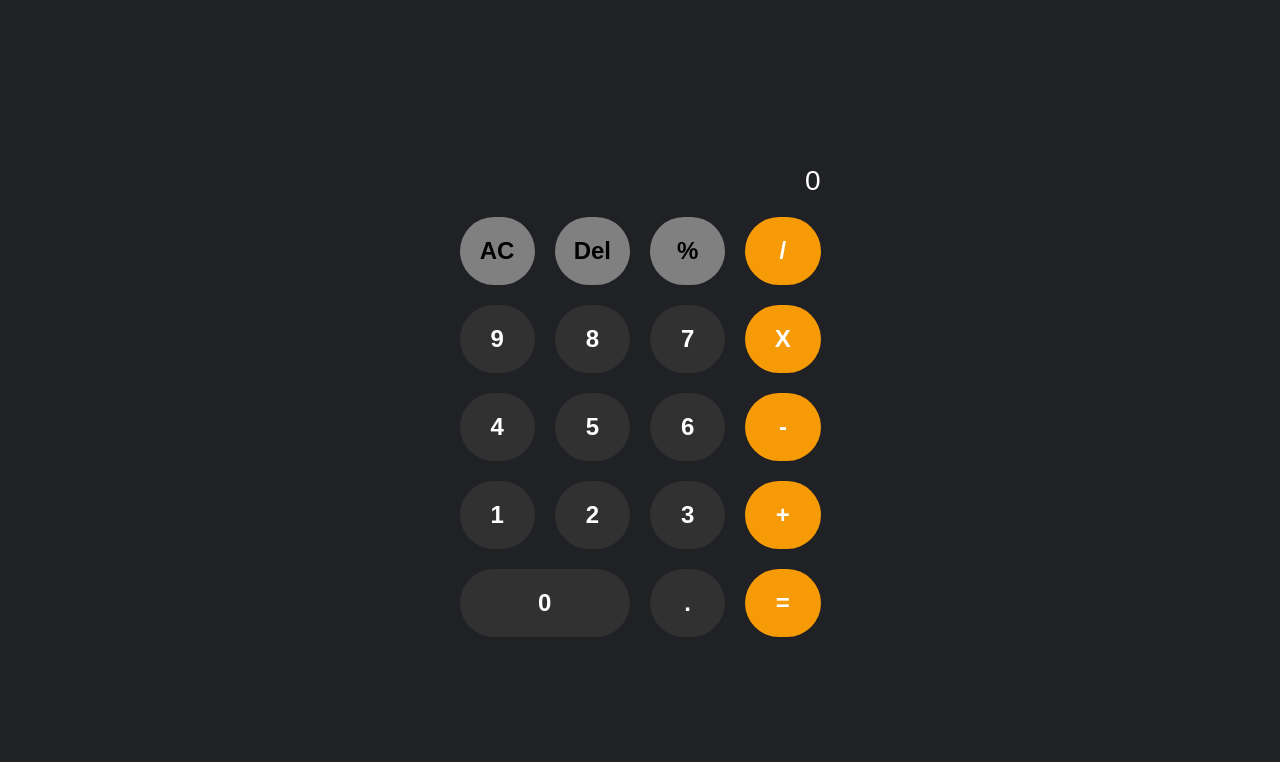
Repository: ble-syn/reactCalculator
Page: /
The author's editor kept a copy of each file at every save. The page is drawn from the files as they stood at one save, then again after the next save.
The browser window is 1280 px wide. The pictures show the whole page.
The project was rebuilt for these pictures with package versions that can differ from the ones it lists, and the page was loaded fresh each time.

Above is the page before, as saved 2022-10-06 22:32:42.

### src/index.css
*{
  margin: 0;
  box-sizing: border-box;
}

body{
  display: flex;
  justify-content: center;
  align-items: center;
  flex-direction: column;
  background-color: #202124;
  color: #fff;
  margin: 9% auto;
  background: #202124;

}
/* .container {
  max-width: 1200px;
  padding: 10px;
} */
#calculator-display {
  border: none;
  width: 100%;
  text-align: right;
  font-size: 28px;
  padding: 50px 10px 10px;
  right: 10px;
  color: #fff;
  background-color: #202124;
}
#calculator-display:focus {
  outline: none;
}
#calculator-display::-webkit-input-placeholder {
  color: #fff;
}
.calculator-keys{
  display: grid;
  grid-template-columns: repeat(4, 1fr);
  grid-gap: 20px;
  margin: 10px;
}
button {
  padding: 20px 15px;
  display: grid;
  place-items: center;
  outline: none;
  border-radius: 50px;
  font-weight: 700;
  border: none;
  color: #fff;
  background-color: #313131;
  font-size: 24px;
  cursor: pointer;
}
button:focus {
  background-color: #D1D1D1;
}
.zero {
  grid-column: 1/3;
}
.gray {
  background-color: gray;
  color: #000;
}
.yellow {
  background-color: #F69A06;
}
.yellow:focus{
  background-color: #ffffff;
  color: #F69A06;
}

### src/App.js
import {useState} from "react";

function App() {
  const [numDisplay, setNumDisplay] = useState("")
  const operators = ["+", "-", "*", "/"]

const numClick = (event) => {
      event.preventDefault()

      let value = event.target.value
      setNumDisplay(numDisplay + value)
}


const deleteNum = () => {
  setNumDisplay(numDisplay.slice(0, -1))
}
const reset = () => {
  setNumDisplay("")
}
const percent = () => {
  setNumDisplay(numDisplay / 100)
}
const equals = () => {
  setNumDisplay(eval(numDisplay))
}

  return (
    <main id="container">
      <div class="calculator">
          <div><input id="calculator-display" type="text" placeholder="0" value={numDisplay} /></div>

        <div class="calculator-keys">
            <button onClick={reset} value=" " class="gray">AC</button>
            <button onClick={deleteNum} value="" class="gray">Del</button>
            <button onClick={percent} value="%" class="gray">%</button>
            <button onClick={numClick} value="/" class="yellow">/</button>
            <button onClick={numClick} value="9">9</button>
            <button onClick={numClick} value="8">8</button>
            <button onClick={numClick} value="7" >7</button>
            <button onClick={numClick} value="*" class="yellow">X</button>
            <button onClick={numClick} value="4">4</button>
            <button onClick={numClick} value="5">5</button>
            <button onClick={numClick} value="6">6</button>
            <button onClick={numClick} value="-" class= "yellow">-</button>
            <button onClick={numClick} value="1">1</button>
            <button onClick={numClick} value="2">2</button>
            <button onClick={numClick} value="3">3</button>
            <button onClick={numClick} value="+" class="yellow">+</button>
            <button onClick={numClick} value="0" class="zero" >0</button>
            <button onClick={numClick} value="." data-action="decimal">.</button>
            <button onClick={equals} value="=" class="yellow">=</button>
        </div>
      </div>
    </main>
  )
}

export default App;

Loaded but not shown: public/index.html (common file); src/index.js (common file); src/reportWebVitals.js (common file)

After the next save:
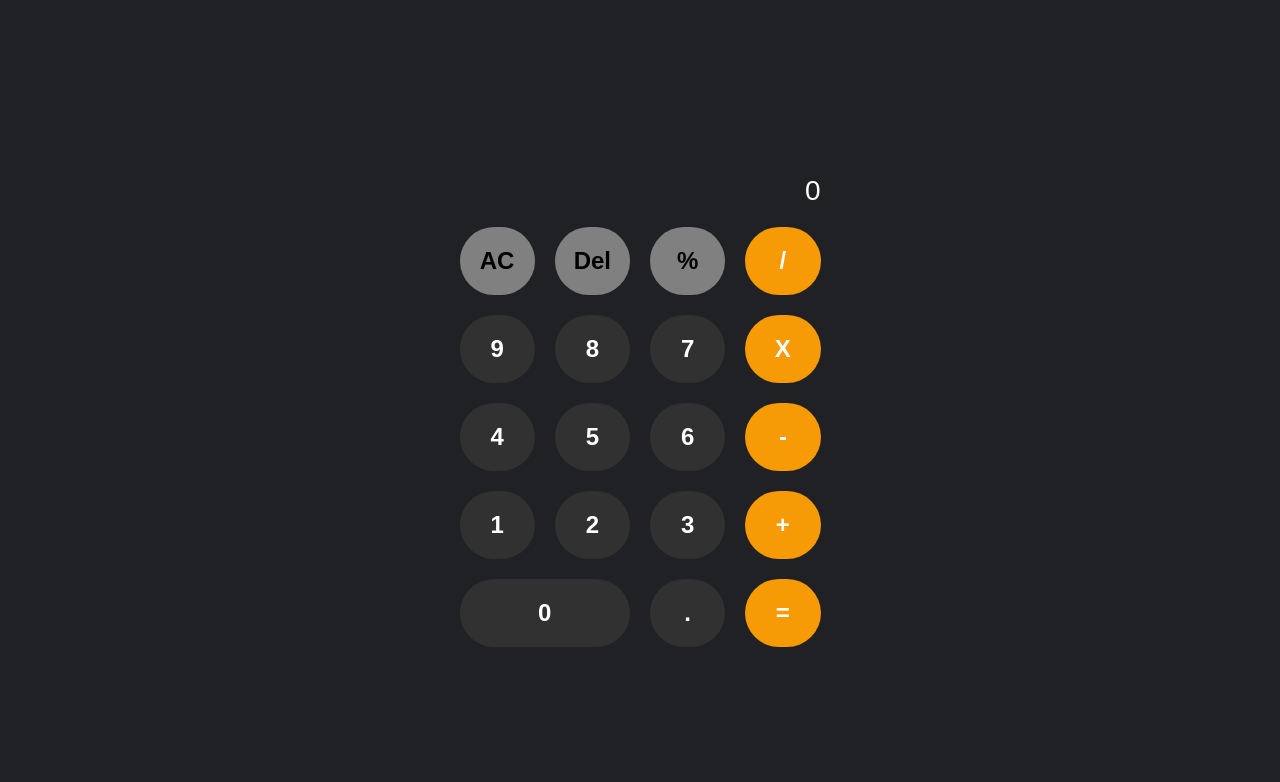
Saved 24 s later.
--- a/src/index.css
+++ b/src/index.css
@@ -14,10 +14,10 @@
   background: #202124;
 
 }
-/* .container {
+.calculator{
   max-width: 1200px;
   padding: 10px;
-} */
+}
 #calculator-display {
   border: none;
   width: 100%;

After the save that followed:
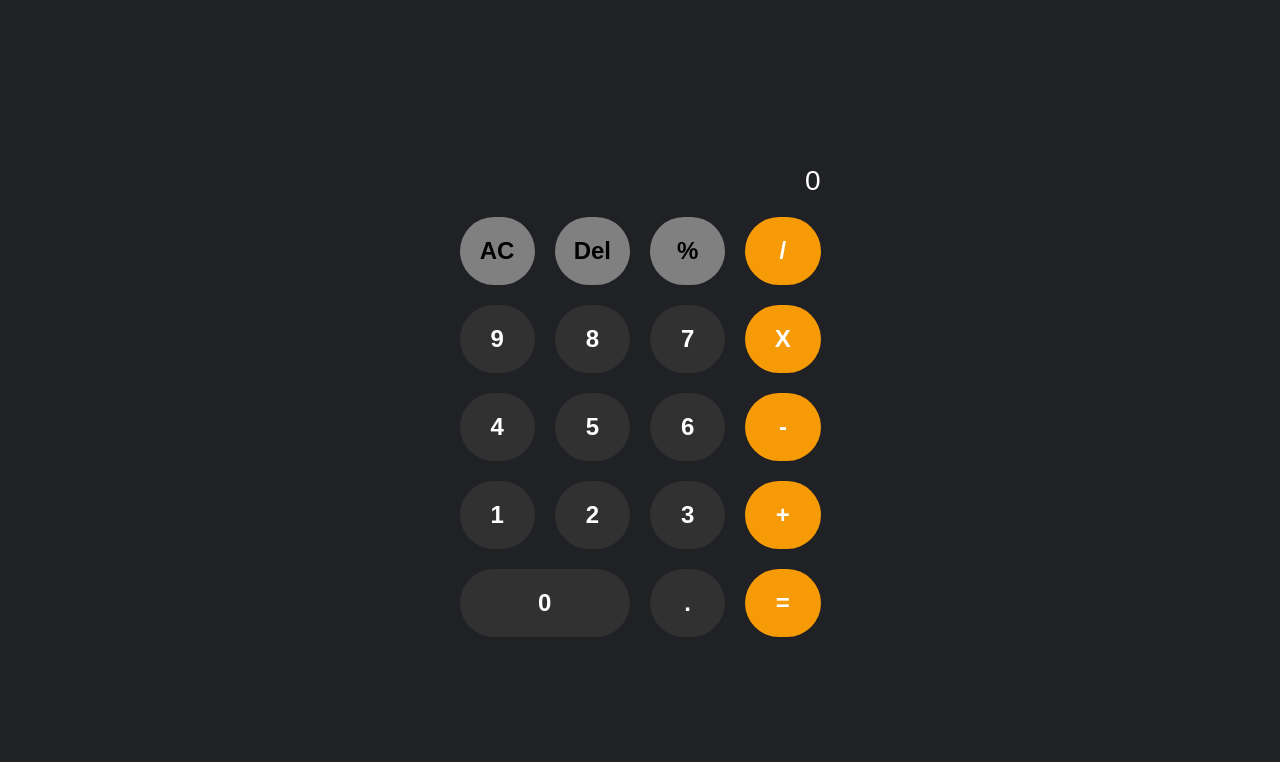
Saved 23 s later.
--- a/src/index.css
+++ b/src/index.css
@@ -16,7 +16,6 @@
 }
 .calculator{
   max-width: 1200px;
-  padding: 10px;
 }
 #calculator-display {
   border: none;
